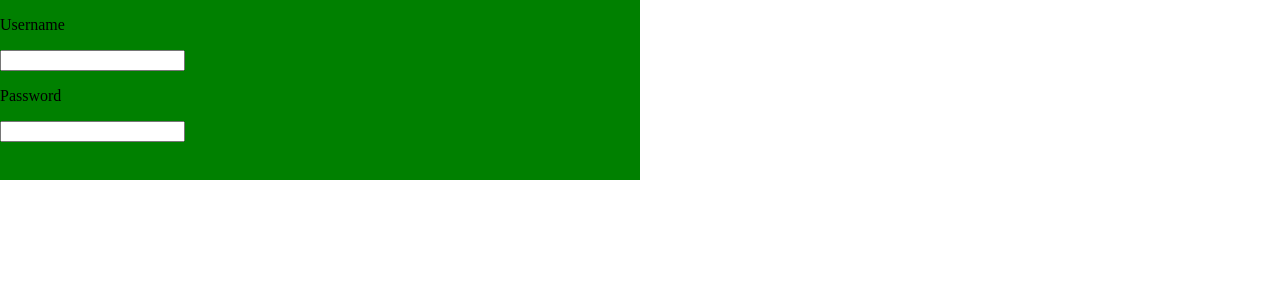
Repository: rdf004/playfab_blackjack
Page: /
The author's editor kept a copy of each file at every save. The page is drawn from the files as they stood at one save, then again after the next save.
The browser window is 1280 px wide. The pictures show the whole page.
The project was rebuilt for these pictures with package versions that can differ from the ones it lists, and the page was loaded fresh each time. Also part of the build but not shown: src/Components/App.js.

Above is the page before, as saved 2020-05-07 20:11:10.

### src/index.js
import React from 'react';
import ReactDOM from 'react-dom';
import './Style/style.css';
import App from './Components/App';
import Login from './Components/Login';
import * as serviceWorker from './serviceWorker';

ReactDOM.render(
  <React.StrictMode>
    <Login />
  </React.StrictMode>,
  document.getElementById('root')
);

// If you want your app to work offline and load faster, you can change
// unregister() to register() below. Note this comes with some pitfalls.
// Learn more about service workers: https://bit.ly/CRA-PWA
serviceWorker.unregister();

### src/Style/style.css
.login-div {
    background-color: green;
    width: 50vw;
    height: 25vh;
    display: grid;

}

html, body {
    margin:0;
    padding:0;
    width:100%;
    height:100%;
    overflow: auto;
    }

### src/Components/Login.js
import React from 'react';

class Login extends React.Component {

    render() {
        return(
            <div className="login-div">
                <form>
                    <label className="login-item">
                        <p className="login-field">Username</p>
                        <input type="text" name="username" />
                    </label>
                    <label className="login-item">
                        <p className="login-field">Password</p>
                        <input type="text" name="password" />
                    </label>
                </form>
            </div>
        );
    }

}

export default Login;

Loaded but not shown: public/index.html (common file); src/serviceWorker.js (common file)

After the next save:
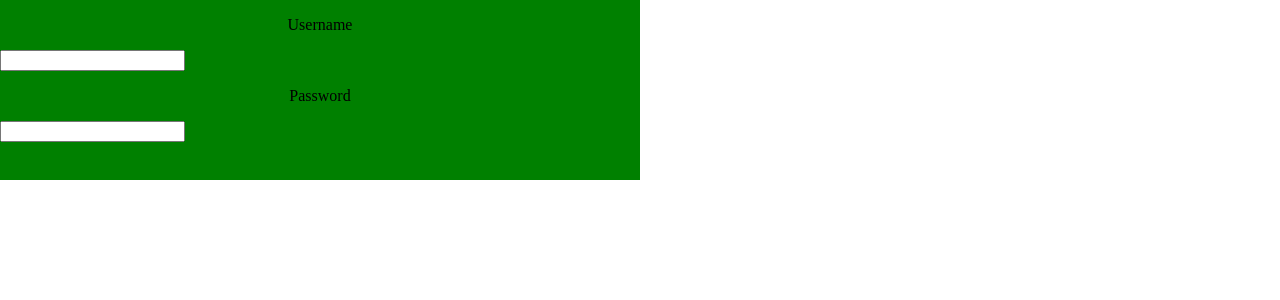
Saved 9 s later.
--- a/src/Style/style.css
+++ b/src/Style/style.css
@@ -3,7 +3,10 @@
     width: 50vw;
     height: 25vh;
     display: grid;
+}
 
+.login-item {
+    text-align: center;
 }
 
 html, body {
